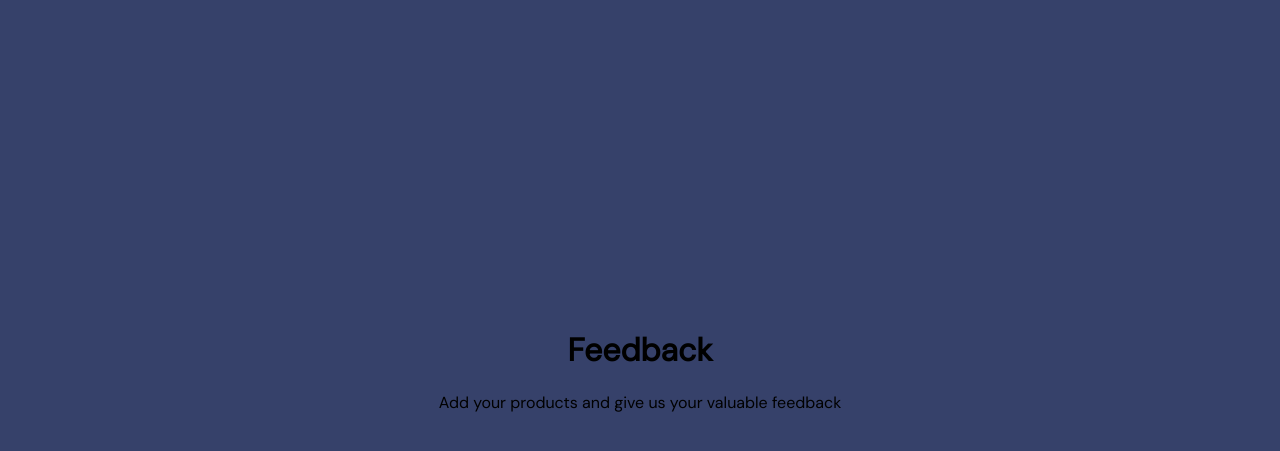
Repository: drumsmanku/final-evaluation-test
Page: /signup (app in client/)
These files come from the project's save history. The page is drawn as it stood at one moment and after the next save; the edit follows.
The browser window is 1280 px wide. The pictures show the whole page.
The project was rebuilt for these pictures with package versions that can differ from the ones it lists, and the page was loaded fresh each time. Also part of the build but not shown: client/src/Components/MainPage.js, client/src/CSS/Login.css, client/src/Components/Login.js.

Above is the page before, as saved 2023-07-29 16:11:22.

After the next save:
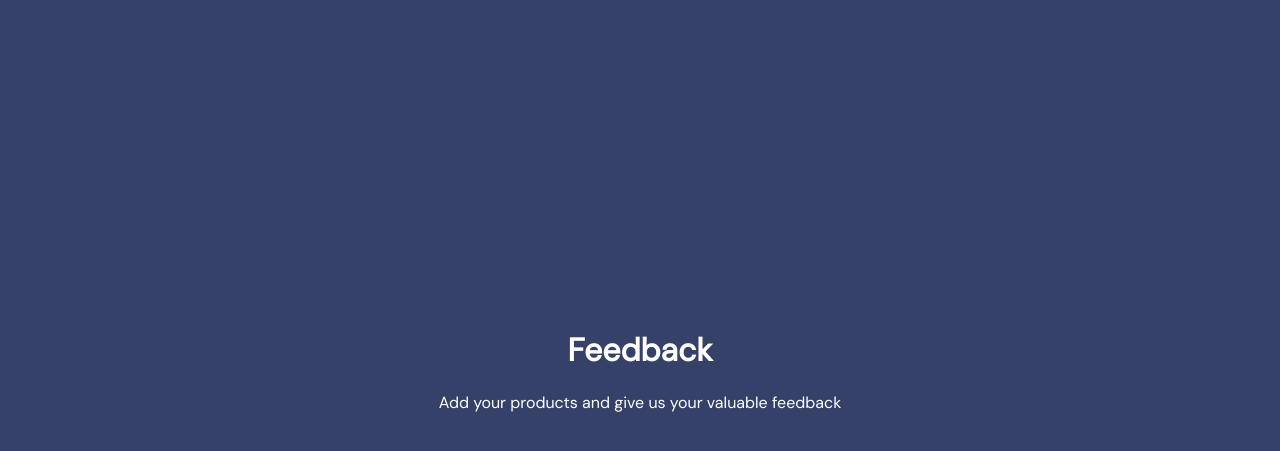
Saved 14 s later.
--- a/client/src/CSS/SignUp.css
+++ b/client/src/CSS/SignUp.css
@@ -7,3 +7,6 @@
   align-items: center;
   background-color: #36416A;
 }
+.headings{
+  color: white;
+}
